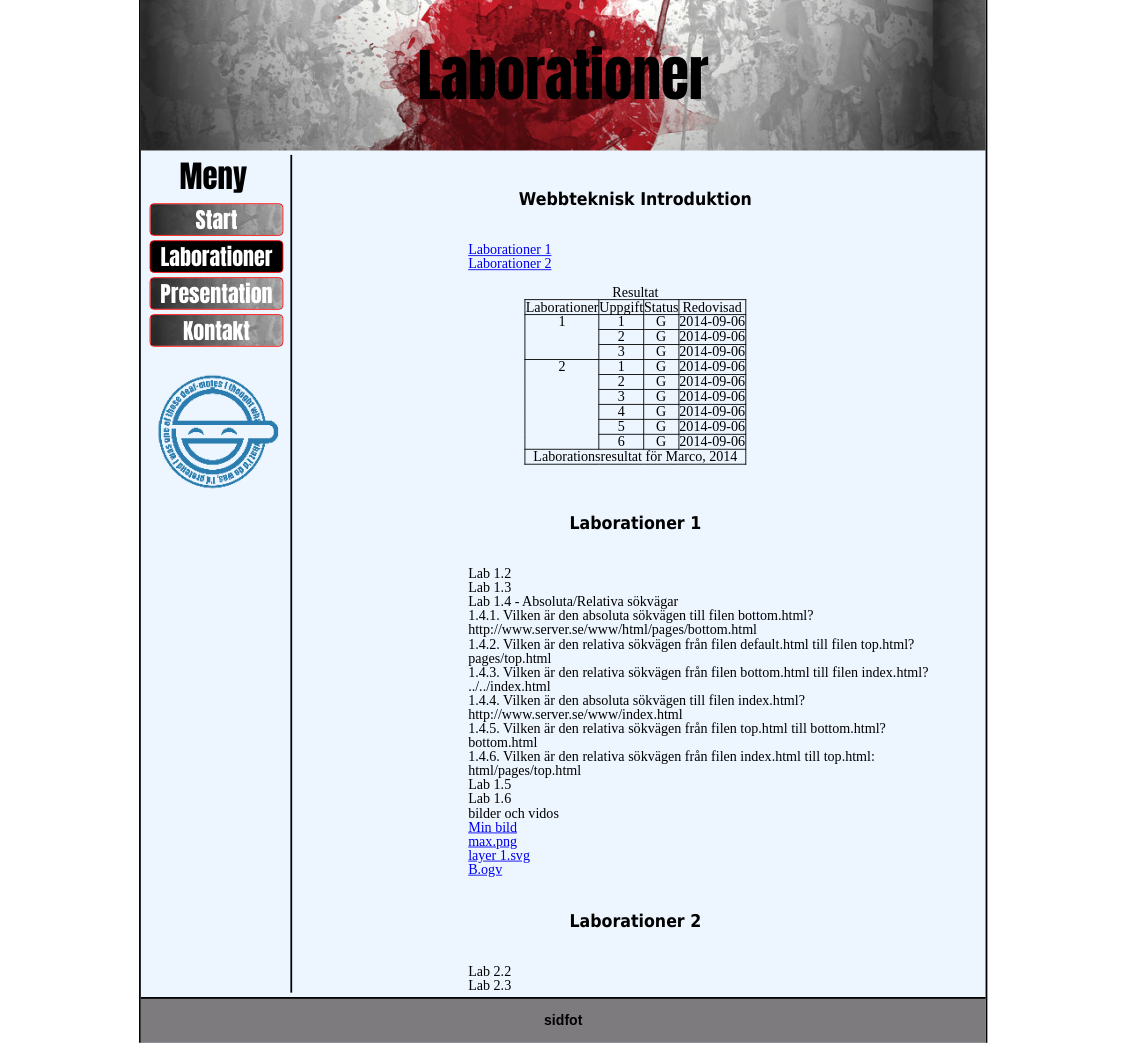
Repository: Marco30/1ik415-laborationer
Page: pages/Laborationer.html
The author's editor kept a record of every edit. The page is drawn from the files as they stood at one moment, then again after the next edit.
The browser window is 1280 px wide. The pictures show the whole page, at 88% of full size.

Above is the page before.

After the next edit:
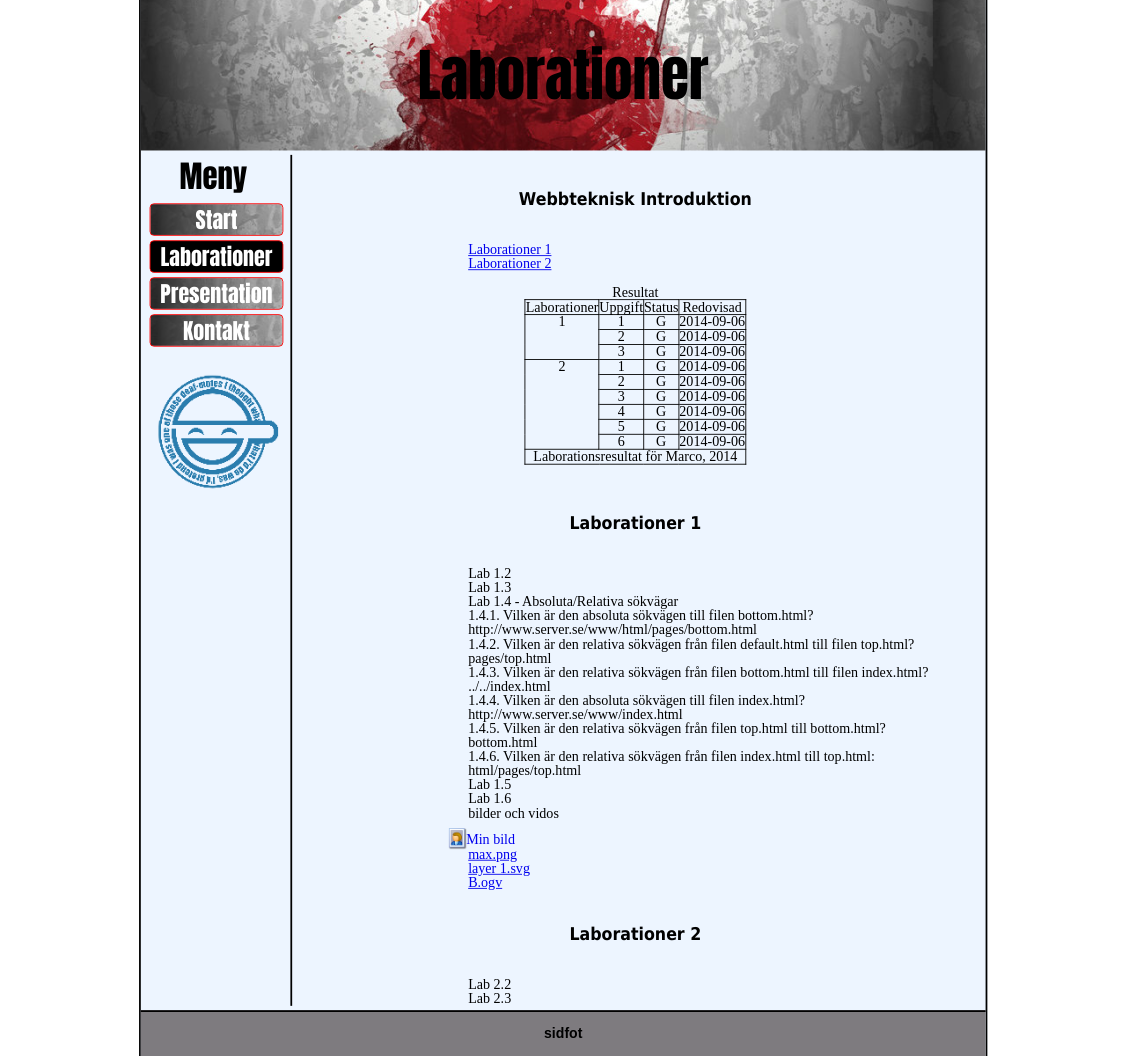
The edit:
--- a/pages/Laborationer.html
+++ b/pages/Laborationer.html
@@ -248,7 +248,7 @@
 
    		<dd>
 
-   	<a href="presentation.html#jag" id="icon">Min bild</a>
+   	<a href="presentation.html#jag" id="b">Min bild</a>
 
     		<br/>
 
